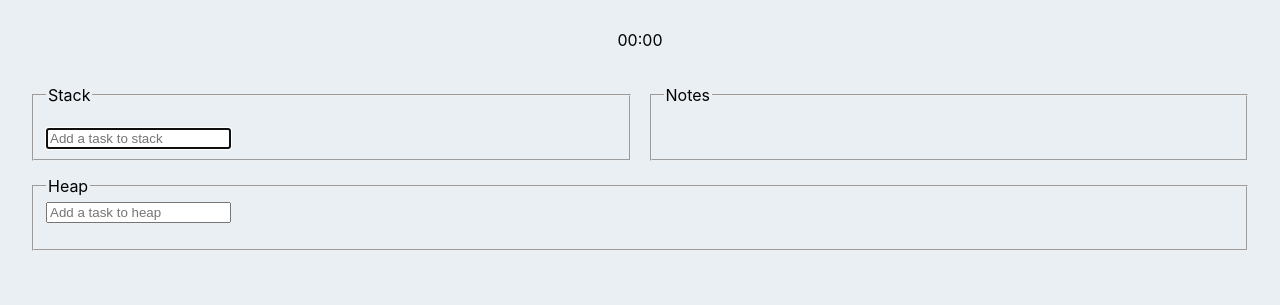
Repository: litalsh/Meeting-Managment-App
Page: /
The author's editor kept a copy of each file at every save. The page is drawn from the files as they stood at one save, then again after the next save.
The browser window is 1280 px wide. The pictures show the whole page.
The project was rebuilt for these pictures with package versions that can differ from the ones it lists, and the page was loaded fresh each time. Also part of the build but not shown: src/components/Task/Task.css, src/components/Task/Task.js.

Above is the page before, as saved 2021-01-10 15:25:48.

### src/App.js
import './App.css';
import React, { useState, useEffect } from 'react';
import Stack from './components/Stack/Stack';
import GlobalTime from './components/GlobalTime/GlobalTime';
import MeetingContextProvider from './Context/store';
import Heap from './components/Heap/Heap';
import Notes from './components/Notes/Notes';


function App() {

  return (
    <div className="App">
      <MeetingContextProvider>
        <GlobalTime />
        <Stack />
        <Notes />
        <Heap />
      </MeetingContextProvider>
    </div>
  );
}

export default App;

### src/App.css
body{
  background-color:  #eaeff4;
 }

.App {
  display: grid;
  grid-template-columns: repeat(6, 1fr);
  grid-gap: 15px;
  margin: 10px 30px;
}

### src/components/Stack/Stack.js
import React, { useContext } from 'react';
import Task from '../Task/Task';
import { meetingContext } from '../../Context/store';
import './Stack.css';

const Stack = () => {

  const { stack, newStackHandler, taskRemoveHandler, changeListHandler } = useContext(meetingContext);

  return (

      <fieldset className="stack-container">
        {console.log('stack: ', stack)}
        <legend>Stack</legend>
        <ul className="stack-list">
          {stack !== undefined ? stack.map((task, id) => (
            <Task key={id}
            time={task.time}
            title={task.topic}
            type={task.type}
            remove={() => taskRemoveHandler(task.id, task.type)}
            changeList={() => changeListHandler(task.id, task.type)} />
          )) : null}
        </ul>
        <input type="text" placeholder="Add a task to stack" onKeyDown={newStackHandler} className='stack-input' autoFocus aria-flowto='heap-input' />
      </fieldset>

  );
}

export default Stack;

### src/components/GlobalTime/GlobalTime.js
import React, { useState, useEffect } from 'react';
import './GlobalTime.css';

const GlobalTime = () => {
  const [globalTimer, setGlobalTimer] = useState(0);
  let minutes = Math.floor(globalTimer / 60);
  let seconds = Math.abs(globalTimer % 60);
  minutes = minutes.toString().length === 1 ? "0" + minutes : minutes;
  seconds = seconds.toString().length === 1 ? "0" + seconds : seconds;

  useEffect(() => {
    const id = window.setInterval(() => {
      setGlobalTimer(globalTimer => globalTimer = globalTimer + 30);
    }, 30000);
    return () => window.clearInterval(id);
  })

  return (
    <div className='global-timer'>{minutes}:{seconds}</div>
    );
}

export default GlobalTime;

### src/Context/store.js
import React, { useState, createContext } from 'react';
import useLocalStorage from '../hooks/useLocalStorage';
import { v4 as uuidv4 } from "uuid";


export const meetingContext = createContext();


const MeetingContextProvider = (props) => {

  const [stack, setStack] = useLocalStorage('stack', []);
  const [heap, setHeap] = useLocalStorage('heap', []);
  const [notes, setNotes] = useLocalStorage('notes', []);

  // Create a new stack task
  const newStackHandler = (event) => {
    if (event.which === 13 && event.target.value !== '') {
      setStack([
        ...stack,
        { id: uuidv4(), type: 'stack', topic: event.target.value, time: new Date() }
      ]);
      event.target.value = '';
      console.log(stack)
      // setTimer(stack[0] !== undefined ? stack[stack.length - 1].time * 60 : null);
    };
  };

  // Create a new heap task
  const newHeapHandler = (event) => {
    if (event.which === 13 && event.target.value !== '') {
      setHeap([
        ...heap,
        { id: uuidv4(), type: 'heap', topic: event.target.value, time: new Date() }
      ]);
      event.target.value = '';
    };
  };

  // Remove a task
  const taskRemoveHandler = (id, type) => {
    if (type === 'stack') {
      const taskIndex = stack.findIndex(task => {
        return task.id === id;
      });

      let tempList = [...stack];
      tempList.splice(taskIndex, 1);
      setStack(tempList);
      console.log(taskIndex)
    };

    if (type === 'heap') {
      const taskIndex = heap.findIndex(task => {
        return task.id === id;
      });

      let tempList = [...heap];
      tempList.splice(taskIndex, 1);
      setHeap(tempList)
      console.log(taskIndex)
    };
    return console.log('taskRmoveHandler: ', stack);

  }


  return (
    <meetingContext.Provider value={
      {
        stack,
        setStack,
        heap,
        notes,
        newStackHandler,
        newHeapHandler,
        taskRemoveHandler
      }
    }>
      {props.children}
    </meetingContext.Provider>
  );
}

export default MeetingContextProvider;

### src/components/Heap/Heap.js
import React, { useContext } from 'react';
import Task from '../Task/Task';
import { meetingContext } from '../../Context/store';
import MeetingContextProvider from '../../Context/store';
import './Heap.css';

const Heap = () => {
  const { heap, newHeapHandler, taskRemoveHandler, changeListHandler } = useContext(meetingContext);


  return (
    <MeetingContextProvider>
      <fieldset className="heap-container">
        <legend>Heap</legend>
        <input type="text" placeholder="Add a task to heap" onKeyDown={newHeapHandler} className='heap-input' aria-flowto='notes-input' />
        <ul className="heap-list">
          {heap[0] !== undefined ? heap.map((task, id) => (
            <Task key={id}
            title={task.topic}
            type={task.type}
            remove={() => taskRemoveHandler(task.id, task.type)}
            changeList={() => changeListHandler(task.id, task.type)} />
          )) : null}
        </ul>
      </fieldset>
    </MeetingContextProvider>
  );
}

export default Heap;

### src/components/Notes/Notes.js
import React from 'react';
import './Notes.css';

const Notes = () => {
  return (
    <fieldset className='notes-container'>
      <legend>Notes</legend>
      <ul>

      </ul>
    </fieldset>
   );
}

export default Notes;

### src/components/Stack/Stack.css
.stack-container {
  grid-column: 1/4;
}

### src/components/GlobalTime/GlobalTime.css
.global-timer {
  grid-column: 1/7;
  margin: 20px auto;
}

### src/hooks/useLocalStorage.js
import { useState, useEffect } from "react";

const PREFIX = 'meeting-manament-';


const useLocalStorage = (key, initialValue) => {
  const prefixedKey = PREFIX + key
  const [value, setValue] = useState(() => {
    const jsonValue = localStorage.getItem(prefixedKey)
    if (jsonValue != null) return JSON.parse(jsonValue)
    if (typeof initialValue === 'function') {
      return initialValue()
    } else {
      return initialValue
    }
  })

  useEffect(() => {
    localStorage.setItem(prefixedKey, JSON.stringify(value))
  }, [prefixedKey, value])

  return [value, setValue]
}


export default useLocalStorage;

### src/components/Heap/Heap.css
.heap-container {
  grid-column: 1/7;
}

### src/components/Notes/Notes.css
.notes-container {
  grid-column: 4/7;
}

Loaded but not shown: public/index.html (common file); src/index.js (common file); src/index.css (common file); src/reportWebVitals.js (common file)

After the next save:
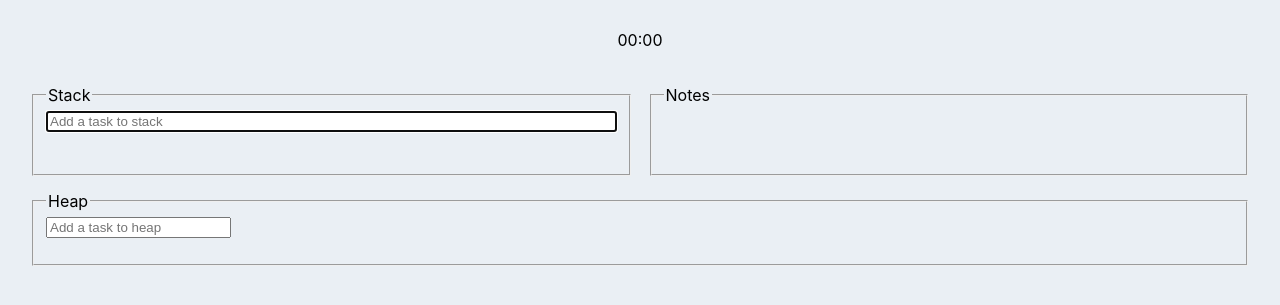
Saved 25 s later.
--- a/src/components/Stack/Stack.css
+++ b/src/components/Stack/Stack.css
@@ -1,3 +1,5 @@
 .stack-container {
   grid-column: 1/4;
+  display: flex;
+  flex-direction: column-reverse;
 }
